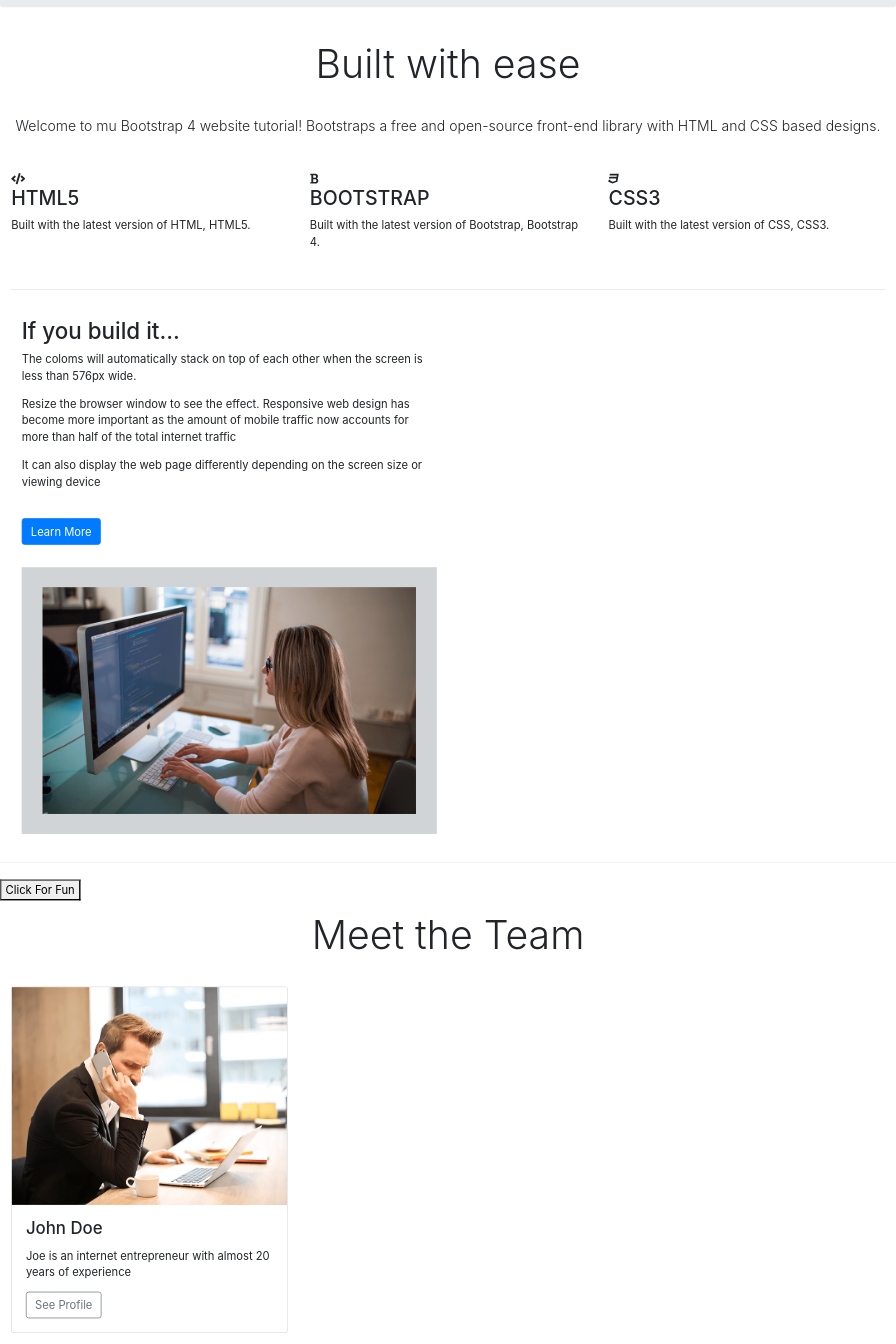
Repository: rkyankya/Bootstrap-1
Page: index.html
The author's editor kept a copy of each file at every save. The page is drawn from the files as they stood at one save, then again after the next save.
The browser window is 1280 px wide. The pictures show the part of the page from y = 916 to 2836 px (the page is 2836 px tall), at 70% of full size.
Some web libraries are served in a nearby version.

Above is the page before, as saved 2019-12-16 11:23:28.

### index.html
<!DOCTYPE html>
<html lang="en">

<head>
    <meta charset="utf-8">
    <meta name="viewport" content="width=device-width, initial-scale=1">
    <title>Complete Bootstrap 4 Website Layout</title>
    <link rel="stylesheet" href="https://maxcdn.bootstrapcdn.com/bootstrap/4.0.0/css/bootstrap.min.css">
    <script src="https://ajax.googleapis.com/ajax/libs/jquery/3.3.1/jquery.min.js"></script>
    <script src="https://cdnjs.cloudflare.com/ajax/libs/popper.js/1.12.9/umd/popper.min.js"></script>
    <script src="https://maxcdn.bootstrapcdn.com/bootstrap/4.0.0/js/bootstrap.min.js"></script>
    <script src="https://use.fontawesome.com/releases/v5.0.8/js/all.js"></script>
    <link href="style.css" rel="stylesheet">
</head>

<body>

    <!-- Navigation -->
    <nav class="navbar navbar-expand-md navbar-light bg-light sticky-top">
        <div class="container-fluid">
            <a class="navbar-brand" href="#"><img src="img/logo.png" alt="#"></a>
            <button class="navbar-toggler" type="button" data-toggler="collapse" data-target="#navbarResponsive">
          <span class="navbar-toggler-icon"></span>
        </button>
            <div class="collapse navbar-collapse" id="navbarResponsive">
                <ul class="navbar-nav ml-auto">
                    <li class="nav-item active">
                        <a class="nav-link" href="#">Home</a>
                    </li>
                    <li class="nav-item">
                        <a class="nav-link" href="#">About</a>
                    </li>
                    <li class="nav-item">
                        <a class="nav-link" href="#">Services</a>
                    </li>
                    <li class="nav-item">
                        <a class="nav-link" href="#">Team</a>
                    </li>
                    <li class="nav-item">
                        <a class="nav-link" href="#">Connect</a>
                    </li>
                </ul>
            </div>
        </div>
    </nav>

    <!--- Image Slider -->
    <div id="slides" class="carousel slide" data-ride="carousel">
        <ul class="carousel-indicators">
            <li data-target="#slides" data-slide-to="0" class="active"></li>
            <li data-target="#slides" data-slide-to="1"></li>
            <li data-target="#slides" data-slide-to="2"></li>
        </ul>
        <div class="carousel-inner">
            <div class="carousel-item active">
                <img src="img/background.png" alt="#">
                <div class="carousel-caption">
                    <h1 class="display-2">Bootstrap</h1>
                    <h3>Complete Website Layout</h3>
                    <button type="button" class="btn btn-outline-light btn-lg">VIEW DEMO</button>
                    <button type="button" class="btn btn-primary btn-lg">Get Started</button>
                </div>
            </div>
            <div class="carousel-item">
                <img src="img/background2.png" alt="#">
            </div>
            <div class="carousel-item">
                <img src="img/background3.png" alt="#">
            </div>
        </div>
    </div>

    <!--- Jumbotron -->
    <div class="container-fluid">
        <div class="row jumbotron">
            <div class="col-xs-12 col-sm-12 col-md-9 col-lg-9 col-xl-10">
                <!--Bootstrap has 12 coloms the 12 describes the coloms to take-->
                <p class="lead">A web hosting service allows individuals and organisations to make a their website accessible via the World Wide Web
                </p>
            </div>
            <div class="col-xs-12 col-sm-12 col-md-3 col-lg-3 col-xl-2">
                <a href="#">
                    <button type="button" class="btn btn-outline-secondary btn-lg">Web Hosting</button>
                </a>
            </div>
        </div>
    </div>


    <!--- Welcome Section -->
    <div class="container-fluid padding">
        <div class="row welcome text-center">
            <div class="col-12">
                <h1 class="display-4">Built with ease</h1>
            </div>
            <hr class="my-4">
            <div class="col-12">
                <p class="lead">Welcome to mu Bootstrap 4 website tutorial! Bootstraps a free and open-source front-end library with HTML and CSS based designs.
                </p>
            </div>
        </div>
    </div>

    <!--- Three Column Section -->
    <div class="container-fluid padding">
        <div class="row text-centre padding">
            <div class="col-xs-12 col-sm-6 col-md-4">
                <i class="fas fa-code"></i>
                <h3>HTML5</h3>
                <p>Built with the latest version of HTML, HTML5.</p>
            </div>
            <div class="col-xs-12 col-sm-6 col-md-4">
                <i class="fas fa-bold"></i>
                <h3>BOOTSTRAP</h3>
                <p>Built with the latest version of Bootstrap, Bootstrap 4.</p>
            </div>
            <div class="col-sm-12 col-md-4">
                <i class="fab fa-css3"></i>
                <h3>CSS3</h3>
                <p>Built with the latest version of CSS, CSS3.</p>
            </div>
        </div>
        <hr class="my-4">
    </div>


    <!--- Two Column Section -->
    <div class="container-fluid padding">
        <div class="row-padding">
            <div class="col-md-12 col-lg-6">
                <h2>If you build it...</h2>
                <p>The coloms will automatically stack on top of each other when the screen is less than 576px wide.</p>
                <p>Resize the browser window to see the effect. Responsive web design has become more important as the amount of mobile traffic now accounts for more than half of the total internet traffic</p>
                <p>It can also display the web page differently depending on the screen size or viewing device</p>
                <br>
                <a href="#" class="btn btn-primary">Learn More</a>
            </div>
            <div class="col-lg-6">
                <img src="img/desk.png" class="img-fluid" alt="#">
            </div>
        </div>
    </div>

    <hr class="my-4">

    <!--- Fixed background -->
    <figure>
        <div class="fixed-wrap">
            <div id="fixed"></div>
        </div>
    </figure>


    <!--- Emoji Section -->
    <button class="fun" data-toggle="collapse" data-target="#emoji">Click For Fun</button>
    <div id="emoji" class="collapse">
        <div class="container-fluid padding">
            <div class="row text-center">
                <div class="col-sm-6 col-md-3">
                    <img class="gif" src="img/gif/panda.gif" alt="#">
                </div>
                <div class="col-sm-6 col-md-3">
                    <img class="gif" src="img/gif/unicorn.gif" alt="#">
                </div>
                <div class="col-sm-6 col-md-3">
                    <img class="gif" src="img/gif/poo.gif" alt="#">
                </div>
                <div class="col-sm-6 col-md-3">
                    <img class="gif" src="img/gif/chicken.gif" alt="#">
                </div>
            </div>
        </div>
    </div>


    <!--- Meet the team -->
    <div class="container-fluid padding">
        <div class="row-welcome text-center">
            <div class="col-12">
                <h1 class="display-4"> Meet the Team</h1>
            </div>
        </div>
    </div>


    <!--- Cards -->
    <div class="container-fluid padding">
        <div class="row welcome text">
            <div class="col-md-4">
                <div class="card">
                    <img class="card-imd-top" src="img/team1.png" alt="#">
                    <div class="card-body">
                        <h4 class="card-title">John Doe</h4>
                        <p class="card-text">Joe is an internet entrepreneur with almost 20 years of experience</p>
                        <a href="#" class="btn btn-outline-secondary"> See Profile</a>
                    </div>
                </div>
            </div>
        </div>
    </div>


    <!--- Two Column Section -->


    <!--- Connect -->


    <!--- Footer -->




</body>

</html>

### style.css
@import url("https://fonts.googleapis.com/css?family=Poppins:400,500,700");
@import url("https://fonts.googleapis.com/css?family=Poppins:400,500,700");

/* --- Media Queries -- */

@media (max-width: 992px) {}

@media (max-width: 768px) {}

@media (max-width: 576px) {}


/* ---Firefox Bug Fix -- */

.carousel-item {
    transition: -webkit-transform 0.5s ease;
    transition: transform 0.5s ease;
    transition: transform 0.5s ease, -webkit-transform 0.5s ease;
    -webkit-backface-visibility: visible;
    backface-visibility: visible;
}


/* --- Fixed Background Image -- */

figure {
    position: relative;
    width: 100%;
    height: 60%;
    margin: 0 !important;
}

.fixed-wrap {
    clip: rect(0, auto, auto, 0);
    position: absolute;
    top: 0;
    left: 0;
    width: 100%;
    height: 100%;
}

#fixed {
    background-image: url("img/mac.png");
    position: fixed;
    display: block;
    top: 0;
    left: 0;
    width: 100%;
    height: 100%;
    background-size: cover;
    background-position: center center;
    -webkit-transform: translateZ(0);
    transform: translateZ(0);
    will-change: transform;
}


/* --- Bootstrap Padding Fix -- */

[class*="col-"] {
    padding: 1rem;
}


/*
Extra small (xs) devices (portrait phones, less than 576px)
No media query since this is the default in Bootstrap

Small (sm) devices (landscape phones, 576px and up)
@media (min-width: 576px) { ... }

Medium (md) devices (tablets, 768px and up)
@media (min-width: 768px) { ... }

Large (lg) devices (desktops, 992px and up)
@media (min-width: 992px) { ... }

Extra (xl) large devices (large desktops, 1200px and up)
@media (min-width: 1200px) { ... }
*/


/* ---Media Queries -- */

@media (max-width: 992px) {}

@media (max-width: 768px) {}

@media (max-width: 576px) {}


/* ---Firefox Bug Fix -- */

.carousel-item {
    transition: -webkit-transform 0.5s ease;
    transition: transform 0.5s ease;
    transition: transform 0.5s ease, -webkit-transform 0.5s ease;
    -webkit-backface-visibility: visible;
    backface-visibility: visible;
}


/* --- Fixed Background Image -- */

figure {
    position: relative;
    width: 100%;
    height: 60%;
    margin: 0 !important;
}

.fixed-wrap {
    clip: rect(0, auto, auto, 0);
    position: absolute;
    top: 0;
    left: 0;
    width: 100%;
    height: 100%;
}

#fixed {
    background-image: url("img/mac.png");
    position: fixed;
    display: block;
    top: 0;
    left: 0;
    width: 100%;
    height: 100%;
    background-size: cover;
    background-position: center center;
    -webkit-transform: translateZ(0);
    transform: translateZ(0);
    will-change: transform;
}


/* --- Bootstrap Padding Fix -- */

[class*="col-"] {
    padding: 1rem;
}


/*
Extra small (xs) devices (portrait phones, less than 576px)
No media query since this is the default in Bootstrap

Small (sm) devices (landscape phones, 576px and up)
@media (min-width: 576px) { ... }

Medium (md) devices (tablets, 768px and up)
@media (min-width: 768px) { ... }

Large (lg) devices (desktops, 992px and up)
@media (min-width: 992px) { ... }

Extra (xl) large devices (large desktops, 1200px and up)
@media (min-width: 1200px) { ... }
*/

After the next save:
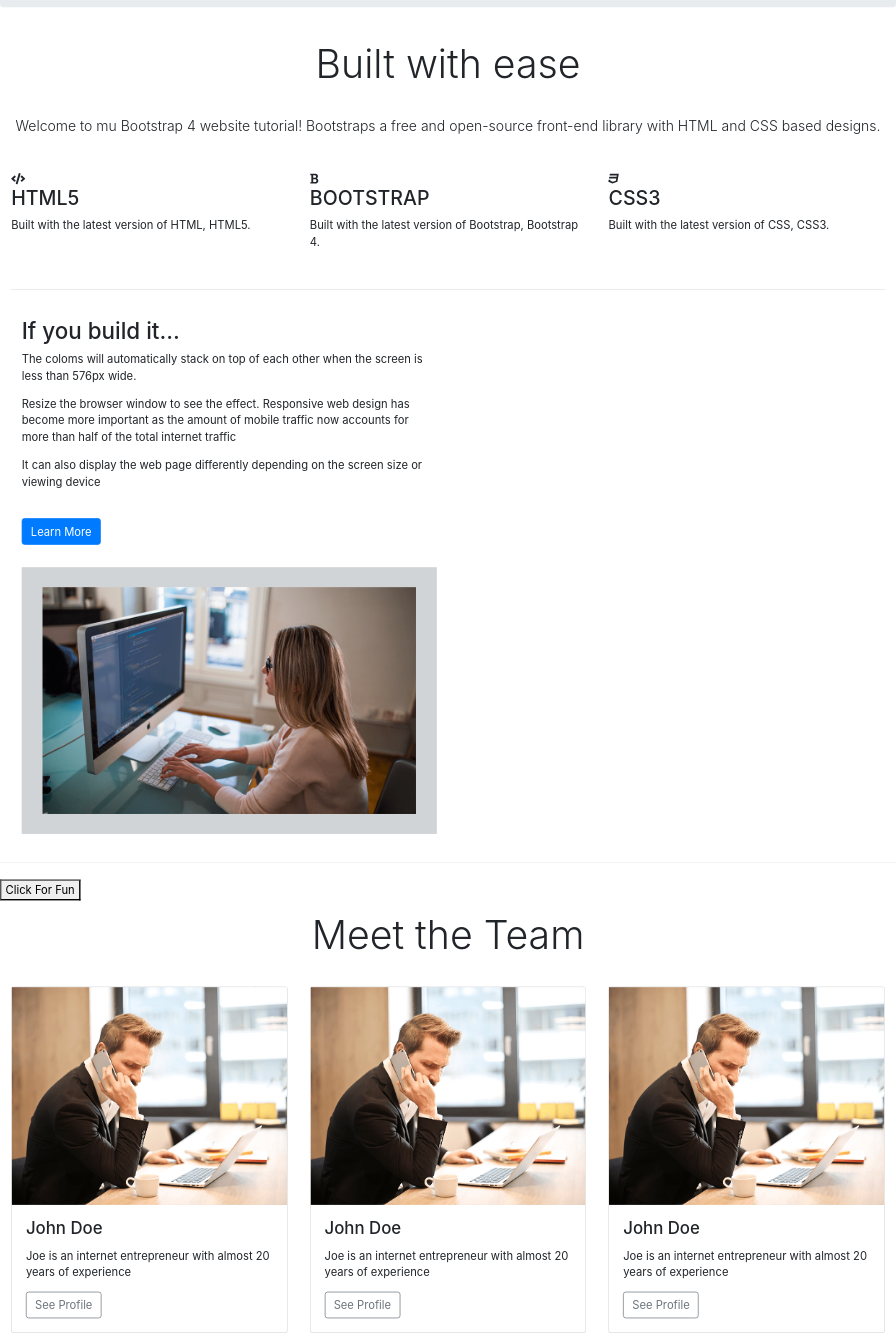
Saved 8 h 55 min later.
--- a/index.html
+++ b/index.html
@@ -196,6 +196,26 @@
                     </div>
                 </div>
             </div>
+            <div class="col-md-4">
+                <div class="card">
+                    <img class="card-imd-top" src="img/team1.png" alt="#">
+                    <div class="card-body">
+                        <h4 class="card-title">John Doe</h4>
+                        <p class="card-text">Joe is an internet entrepreneur with almost 20 years of experience</p>
+                        <a href="#" class="btn btn-outline-secondary"> See Profile</a>
+                    </div>
+                </div>
+            </div>
+            <div class="col-md-4">
+                <div class="card">
+                    <img class="card-imd-top" src="img/team1.png" alt="#">
+                    <div class="card-body">
+                        <h4 class="card-title">John Doe</h4>
+                        <p class="card-text">Joe is an internet entrepreneur with almost 20 years of experience</p>
+                        <a href="#" class="btn btn-outline-secondary"> See Profile</a>
+                    </div>
+                </div>
+            </div>
         </div>
     </div>
 
